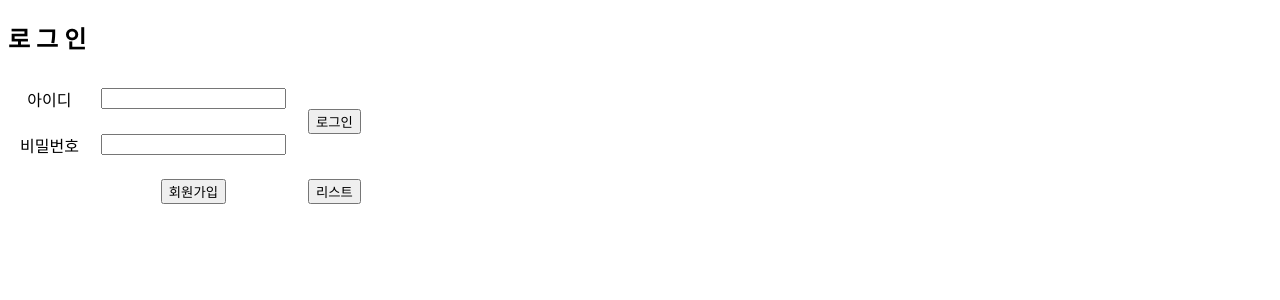
Repository: 1plus1equals3-true/Board-temp
Page: http://localhost/jsp/Login.jsp
These files come from the project's save history. The page is drawn as it stood at one moment and after the next save; the edit follows.
The browser window is 1280 px wide. The pictures show the whole page.
The page is served by Tomcat 9.

Above is the page before, as saved 2025-09-09 01:37:19.

After the next save:
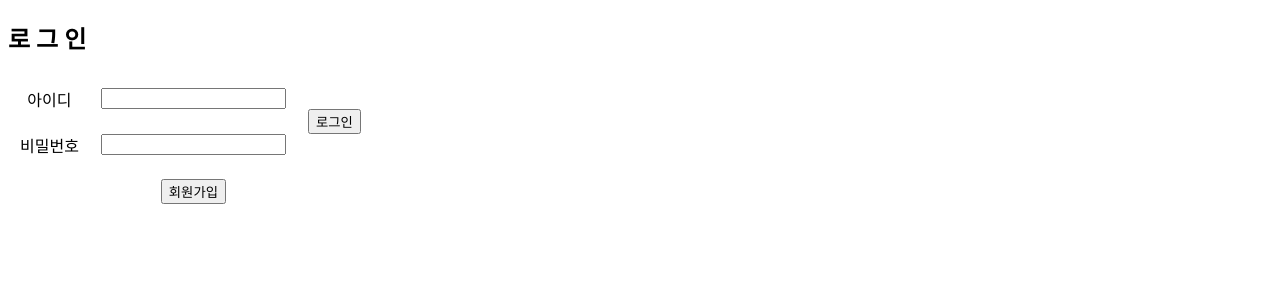
Saved 25 s later.
--- a/jsp/src/main/webapp/Login.jsp
+++ b/jsp/src/main/webapp/Login.jsp
@@ -37,7 +37,7 @@
 		<tr>
 		<td></td>
 		<td><a href="Join.jsp"><button type="button">회원가입</button></a></td>
-		<td><a href="List.jsp"><button type="button">리스트</button></a></td>
+		<td></td>
 		</tr>
 
 		</table>
